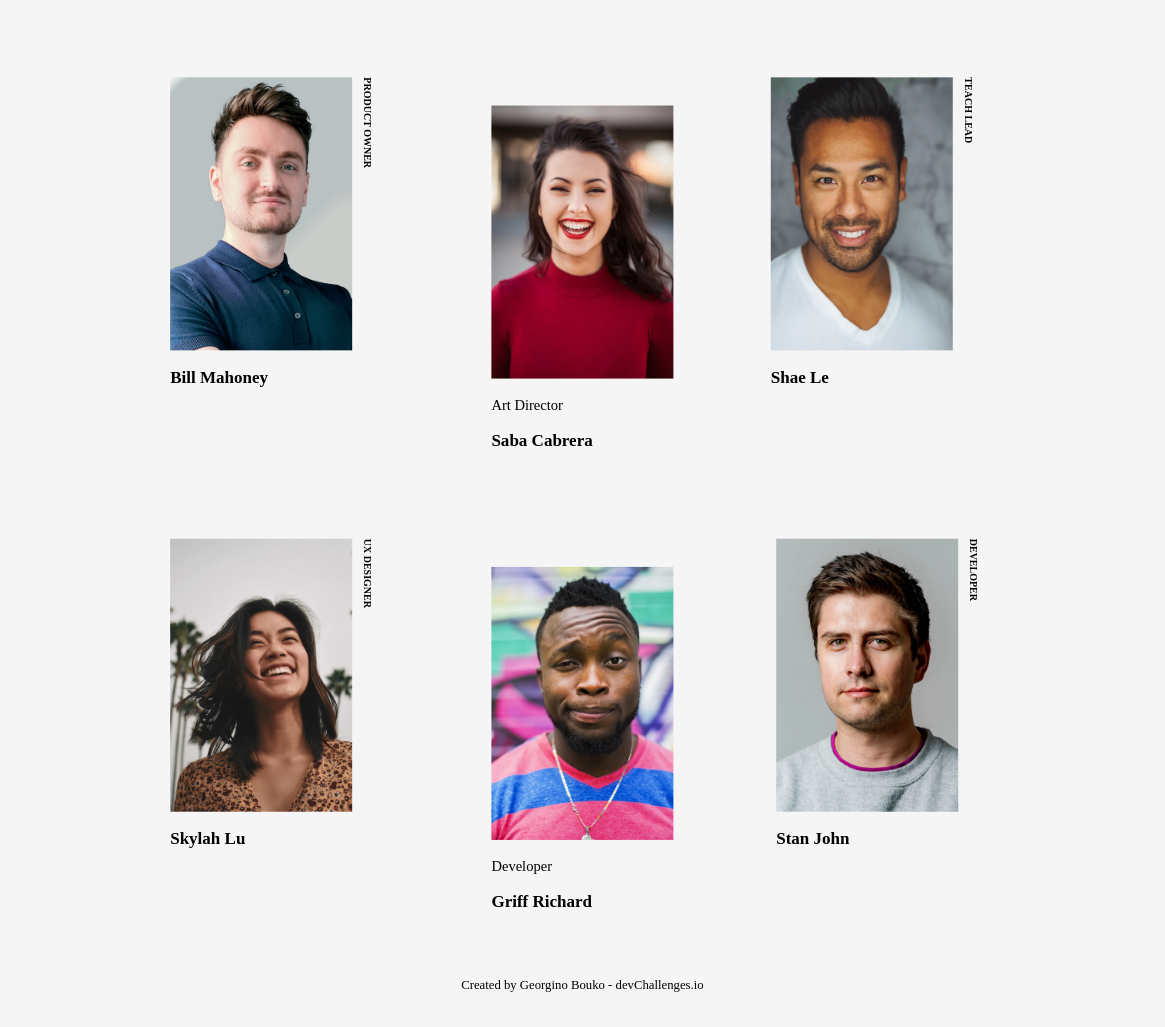
Repository: georgisenze/my-team-page-challeng
Page: index.html
An editor plug-in stored every save of this project. The page is shown before and after the next save, followed by the edit.
The browser window is 1280 px wide. The pictures show the whole page, at 91% of full size.

Above is the page before, as saved 2023-02-22 22:36:15.

After the next save:
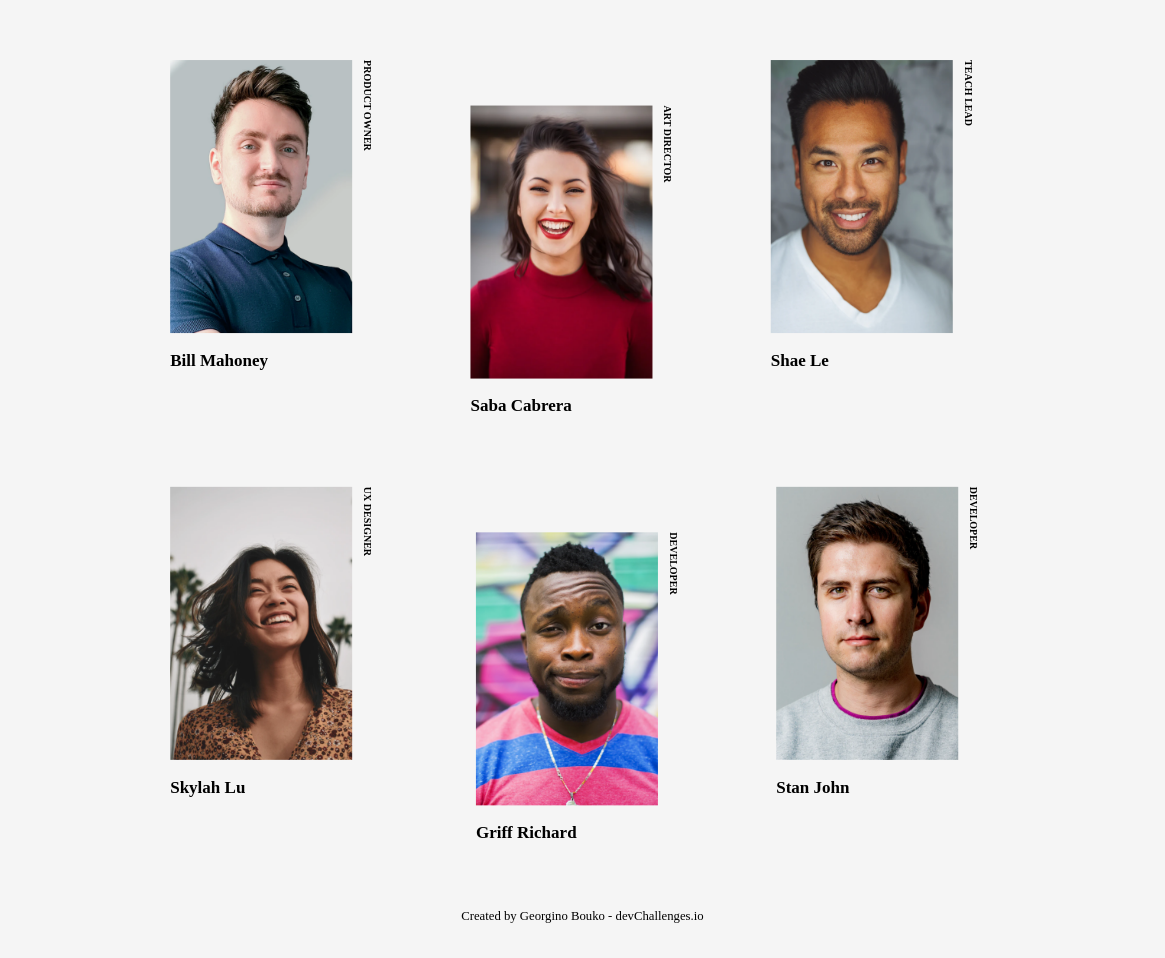
Saved 106 s later.
--- a/assets/css/style.css
+++ b/assets/css/style.css
@@ -27,11 +27,11 @@
     height: 300px;
   }
 
-  .box span{
+  .container span{
     display: flex;
   }
 
-  .box span p {
+  .container span p {
     writing-mode: vertical-rl;
     text-orientation: mixed;
     font-weight: bold;
